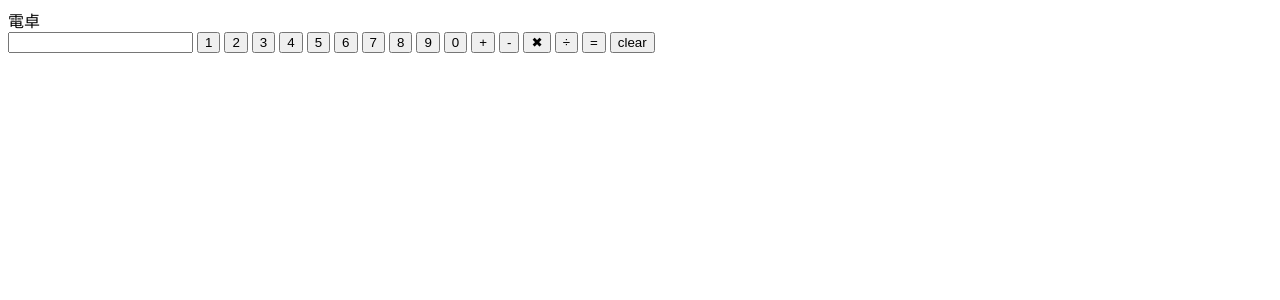
Repository: U-dias/work3
Page: 実践課題(電卓)/index.html
The author's editor kept a record of every edit. The page is drawn from the files as they stood at one moment, then again after the next edit.
The browser window is 1280 px wide. The pictures show the whole page.

Above is the page before.

After the next edit:
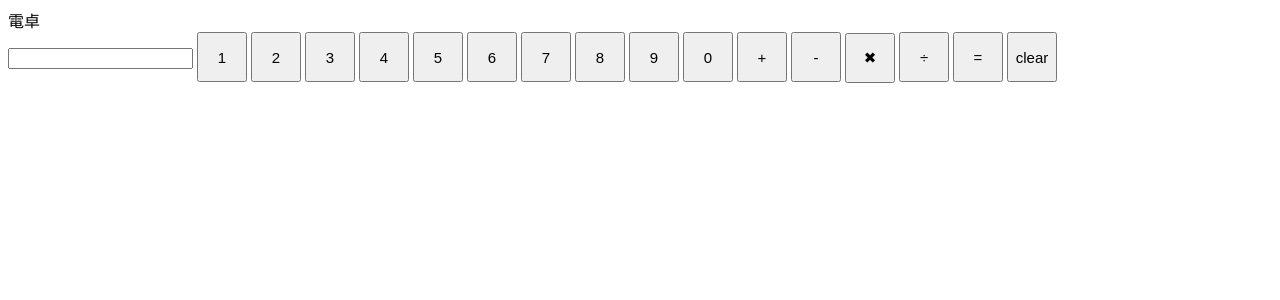
The edit:
--- a/実践課題(電卓)/index.html
+++ b/実践課題(電卓)/index.html
@@ -1,6 +1,8 @@
 <!DOCTYPE html>
  <meta charset="utf-8">
- <html><body>
+ <html>
+  <link rel="stylesheet" href="main.css">
+  <body>
  <div>電卓</div>
  <input />
  <script>
